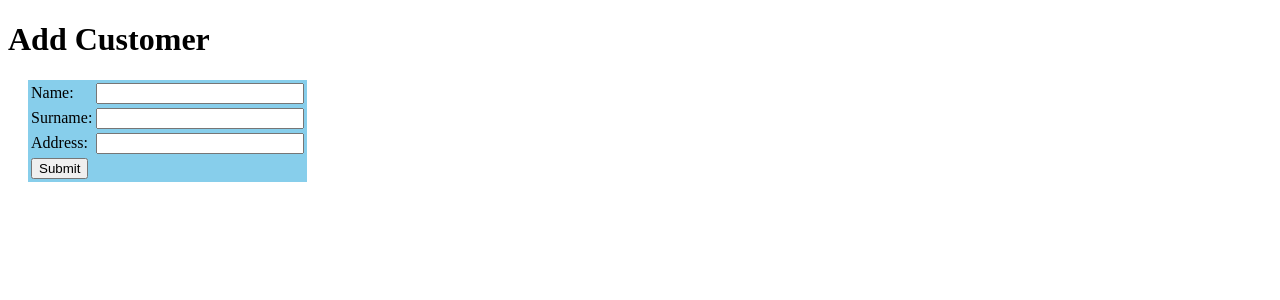
Repository: ieuqirne/Software_Architecture
Page: DE_Store/WebContent/addCustomer.html
An editor plug-in stored every save of this project. The page is shown before and after the next save, followed by the edit.
The browser window is 1280 px wide. The pictures show the whole page.

Above is the page before, as saved 2019-11-24 13:07:50.

### DE_Store/WebContent/addCustomer.html
 <!DOCTYPE html>
<html>
<head>
<meta charset="ISO-8859-1">
<title>Add Customer</title>
</head>
<body>
	<h1>Add Customer</h1>
	<form action=ManagerAddCustomer.jsp method="post">
		<table style="background-color: skyblue; margin-left: 20px; margin-left: 20px;">
			<tr><td>Name:</td><td><input type="text" name="name" style="width: 200px"></td></tr>
			<tr><td>Surname:</td><td><input type="text" name="surname" style="width: 200px"></td></tr>
			<tr><td>Address:</td><td><input type="text" name="address" style="width: 200px"></td></tr>
			<tr><td><input type="submit" value="Submit"></td></tr>
		</table>
	</form>
	<!--  Complete Interface addCustomer. -->
</body>
</html>

After the next save:
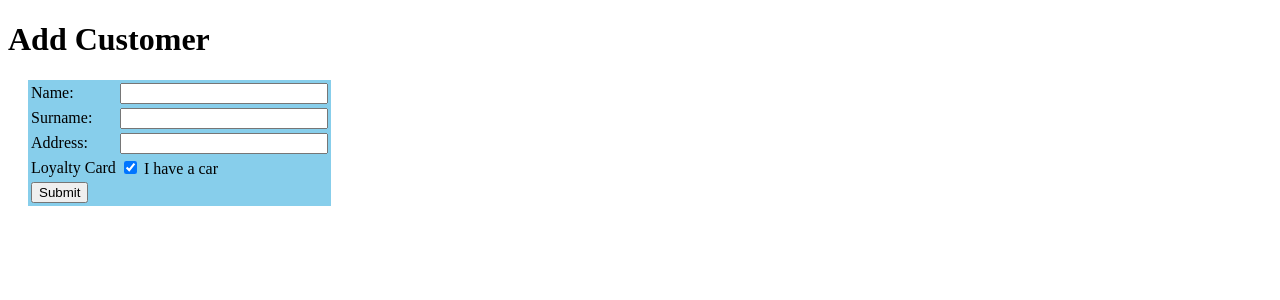
Saved 16 min 25 s later.
--- a/DE_Store/WebContent/addCustomer.html
+++ b/DE_Store/WebContent/addCustomer.html
@@ -11,6 +11,7 @@
 			<tr><td>Name:</td><td><input type="text" name="name" style="width: 200px"></td></tr>
 			<tr><td>Surname:</td><td><input type="text" name="surname" style="width: 200px"></td></tr>
 			<tr><td>Address:</td><td><input type="text" name="address" style="width: 200px"></td></tr>
+			<tr><td>Loyalty Card</td><td><input type="checkbox" name="vehicle" value="Car" checked> I have a car</td></tr>
 			<tr><td><input type="submit" value="Submit"></td></tr>
 		</table>
 	</form>
